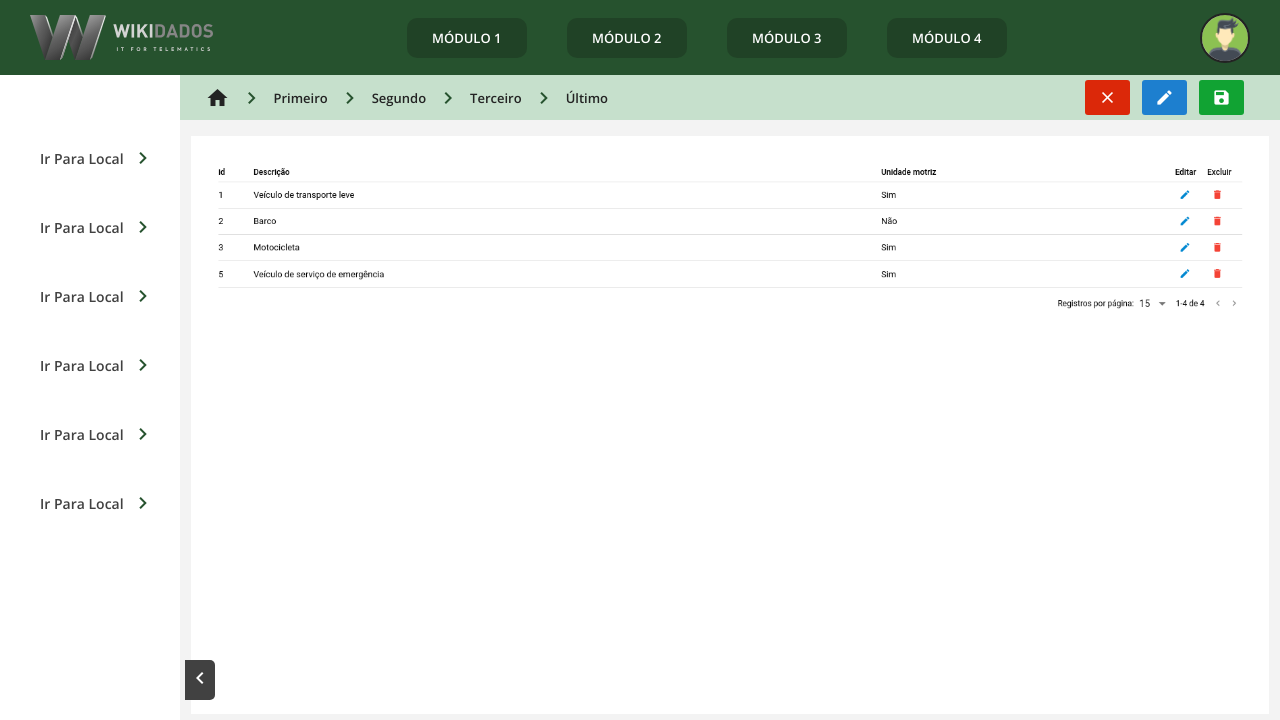
Repository: AlexDjon/alexdjon.github.io
Page: wiki-relayout/index.html
These files come from the project's save history. The page is drawn as it stood at one moment and after the next save; the edit follows.
The browser window is 1280 px wide. The pictures show the whole page.

Above is the page before, as saved 2020-08-12 17:09:30.

### wiki-relayout/index.html
<!DOCTYPE html>
<html lang="pt-br">

<head>
  <meta charset="UTF-8">
  <meta name="viewport" content="width=device-width, initial-scale=1.0">
  <title>Wiki - Relayout</title>

  <link rel="shotcut icon" href="https://wikidados.com.br/assets/wiki/img/logos/favicon.ico">
  <link href="https://fonts.googleapis.com/icon?family=Material+Icons" rel="stylesheet">
  <link href="https://fonts.googleapis.com/css2?family=Open+Sans:wght@400;600;700&display=swap" rel="stylesheet">
  <link rel="stylesheet" href="css/styles.css">
</head>

<body>
  <header class="cabecalho">
    <img src="img/logo.svg" alt="Logo Wiki" class="logo">

    <div class="modulos">
      <button>Módulo 1</button>
      <button>Módulo 2</button>
      <button>Módulo 3</button>
      <button>Módulo 4</button>
    </div>

    <button class="user">
    </button>
  </header>

  <aside class="areas">
    <ul>
      <li><i class="material-icons">donut_large</i> Editar perfil</li>
      <li><i class="material-icons">grade</i> Favoritos</li>
      <li><i class="material-icons">history</i> Histórico</li>
      <li><i class="material-icons">power_settings_new</i> Sair</li>
    </ul>
  </aside>

  <main class="conteudo">
    <nav class="navbar">
      <ul class="menu">
        <li>Ir para local <i class="material-icons">chevron_right</i></li>
        <li>Ir para local <i class="material-icons">chevron_right</i></li>
        <li>Ir para local <i class="material-icons">chevron_right</i></li>
        <li>Ir para local <i class="material-icons">chevron_right</i></li>
        <li>Ir para local <i class="material-icons">chevron_right</i></li>
        <li>Ir para local <i class="material-icons">chevron_right</i></li>
      </ul>

      <button class="close">
        <i class="material-icons">chevron_left</i>
      </button>
    </nav>

    <div class="meio">
      <div class="barra">
        <ul class="caminho">
          <li>
            <i class="material-icons">home</i>
          </li>
          <li id="separator">
            <i class="material-icons">chevron_right</i>
          </li>
          <li>
            Primeiro
          </li>
          <li id="separator">
            <i class="material-icons">chevron_right</i>
          </li>
          <li>
            Segundo
          </li>
          <li id="separator">
            <i class="material-icons">chevron_right</i>
          </li>
          <li>
            Terceiro
          </li>
          <li id="separator">
            <i class="material-icons">chevron_right</i>
          </li>
          <li>
            Último
          </li>
        </ul>

        <div class="list-buttons">
          <button>
            <i class="material-icons">close</i>
          </button>
          <button>
            <i class="material-icons">edit</i>
          </button>
          <button>
            <i class="material-icons">save</i>
          </button>
        </div>
      </div>

      <div class="viewer">
        <img src="img/tabela-exemplo.png" alt="Tabela">
      </div>
    </div>

  </main>

  <script src="js/scripts.js"></script>
</body>

</html>

### wiki-relayout/css/styles.css
* {
  padding: 0;
  margin: 0;
  font-weight: 100%;
  font-family: 'Open Sans', sans-serif;
  border: 0;
  outline: 0;
  box-sizing: border-box;
}

body {
  background: #f3f3f3;
}

:root {
  --verdeW: #26522e;
  --verdeW2: #204226;
  --verdeW-semi: #c6e0cc;
  --verde: #32a852;
  --black: #232323;
  --black2: #414141;
  --white: #ffffff;
  --grey: #3b3b3b;
  --shadow: -4px 4px 8px 0px rgba(10, 10, 10, 0.27);
  --cabecalhoY: 75px;
  --barrY: 45px;
}

/* CABECALHO */
.cabecalho {
  width: 100%;
  height: var(--cabecalhoY);
  background: var(--verdeW);
  padding: 10px 30px;
  display: flex;
  justify-content: space-between;
  align-items: center;
}

.cabecalho .logo {
  height: 45px;
  filter: saturate(0%);
}

.cabecalho .modulos {
  display: flex;
}
.cabecalho .modulos button {
  margin: 0 20px;
  width: 120px;
  height: 40px;
  border-radius: 10px;
  background-color: var(--verdeW2);
  color: var(--white);
  font-size: 13px;
  text-transform: uppercase;
  font-weight: 600;
  cursor: pointer;
  transition: filter 0.3s;
}
.cabecalho .modulos button:hover {
  filter: brightness(90%);
}
.cabecalho .user {
  height: 50px;
  width: 50px;
  border-radius: 50%;
  border: solid 2px var(--black);

  background-image: url(../img/avatar1.png);
  background-size: cover;
  background-position: center center;

  cursor: pointer;
}

/* AREAS */
.areas {
  display: none;
  min-width: 180px;
  position: absolute;
  top: var(--cabecalhoY);
  right: 0;
  background-color: var(--white);
  box-shadow: var(--shadow);
}
.areas.ativo {
  display: block;
}
.areas ul {
  list-style: none;
  padding: 10px 20px 10px 40px;
}
.areas ul li {
  margin: 17px 0;
  font-size: 15px;
  color: var(--black2);

  display: flex;
  justify-content: flex-start;
  align-items: center;
  transition: color 0.3s;
  cursor: pointer;
}
.areas ul li:hover {
  color: var(--black);
}
.areas ul li i {
  margin-right: 8px;
  font-size: 17px;
  color: var(--verdeW);
}


/* NAVBAR */
.navbar {
  width: 210px;
  height: calc(100vh - var(--cabecalhoY));
  background: var(--white);
  /* border-bottom: solid 20px var(--verdeW); */
}
.navbar.ativo {
  width: 0;
}
.navbar .menu {
  padding: 50px 0 50px 30px;
  display: flex;
  flex-direction: column;
  justify-content: flex-start;
  align-items: flex-start;
  list-style: none;
}
.navbar .menu li {
  margin: 14px 0;
  text-transform: capitalize;
  font-weight: 600;
  color: var(--black2);
  font-size: 14px;
  padding: 7px 3px 10px 10px;
  /* border-bottom: solid 1px var(--white);
  border-radius: 0 0 5px 0; */

  display: flex;
  justify-content: space-between;
  align-items: center;

  cursor: pointer;
}
.navbar .menu li i {
  margin-left: 7px;
  color: var(--black2);
}
.navbar .menu li i {
  color: var(--verdeW);
}
.navbar .close {
  position: absolute;
  bottom: 20px;
  width: 30px;
  border-radius: 0 5px 5px 0;
  height: 40px;
  background: var(--black2);
  left: 184.92px;
  margin: 0;
  cursor: pointer;
  transition: filter 0.3s;
}
.navbar .close:hover {
  filter: brightness(110%);
}
.navbar .close i {
  color: var(--white);
}


/* CONTEUDO */
.conteudo {
  width: 100%;
  height: calc(100vh - var(--cabecalhoY));

  display: flex;
}

.meio {
  width: 100%;
  display: flex;
  flex-direction: column;
}

.meio .barra {
  width: 100%;
  height: var(--barrY);
  padding: 0 20px;
  margin-bottom: 10px;
  background-color: var(--verdeW-semi);
  display: flex;
  justify-content: space-between;
  align-items: center;
}
/*
.meio .barra div#separator span i {
  margin: 0 5px;
  color: var(--verdeW);
} */
.meio .barra .caminho {
  height: var(--barrY);
  display: flex;
  align-items: center;
  list-style: none;
}
.meio .barra .caminho li {
  height: var(--barrY);
  margin: 0 5px;
  font-size: 13px;
  font-weight: 600;
  color: var(--black);
  display: flex;
  align-items: center;
}
.meio .barra .caminho li:not(#separator) {
  cursor: pointer;
}

.meio .barra .caminho li#separator {
  color: var(--verdeW);
}

.list-buttons {
  margin: 0 10px;
  display: flex;
}
.list-buttons button {
  height: 35px;
  width: 45px;
  margin: 0 6px 0 6px;
  border-radius: 3px;
  display: flex;
  justify-content: center;
  align-items: center;
  /* border: solid 1px var(--white); */
  background: var(--verdeW2);
  cursor: pointer;
}
.list-buttons button i {
  font-size: 19px;
  color: var(--white);
}
.list-buttons button:nth-child(1) {
  background: #db2809;
}
.list-buttons button:nth-child(2) {
  background: #1d7fcf;
}
.list-buttons button:nth-child(3) {
  background: #11a333;
}

/* VIEWER */
.viewer {
  width: 98%;
  margin: 6px 1%;
  padding: 20px;
  height: calc(100vh - calc(var(--cabecalhoY) + var(--barrY)) - 12px);
  background-color: var(--white);
  display: flex;
  justify-content: center;
  align-items: flex-start;
}

.viewer img {
  width: 100%;
}

### wiki-relayout/js/scripts.js
function getItem (info) {
  return document.querySelector(info)
}

getItem('.user').addEventListener('click', () => {
  getItem('.areas').classList.toggle('ativo')
})

getItem('.navbar .close').addEventListener('click', function () {

  getItem('.navbar').classList.toggle('ativo')

  const thisIcon = (context, value, action = 'get') => {
    if (action == 'get') {
      return context.firstElementChild
    }
    else if (action == 'change') {
      context.firstElementChild.textContent = value
    }
  }

  const icon = thisIcon(this).textContent

  if (icon === 'chevron_left') {
    this.style.left = '0px'
    thisIcon(this, 'chevron_right', 'change')
  }
  else {
    this.style.left = '184.92px'
    thisIcon(this, 'chevron_left', 'change')
  }
})

After the next save:
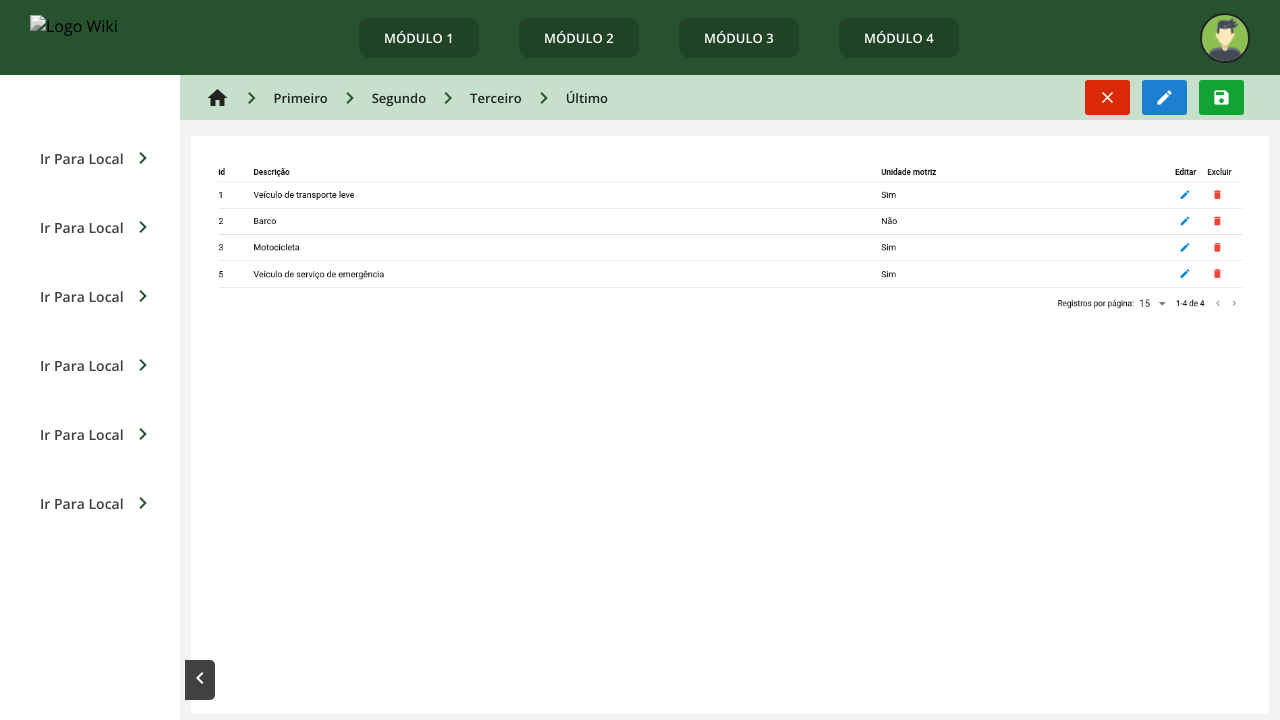
Not found: wiki-relayout/img/logo2.jpg
Saved 81 s later.
--- a/wiki-relayout/index.html
+++ b/wiki-relayout/index.html
@@ -14,7 +14,7 @@
 
 <body>
   <header class="cabecalho">
-    <img src="img/logo.svg" alt="Logo Wiki" class="logo">
+    <img src="img/logo2.jpg" alt="Logo Wiki" class="logo">
 
     <div class="modulos">
       <button>Módulo 1</button>

After the save that followed:
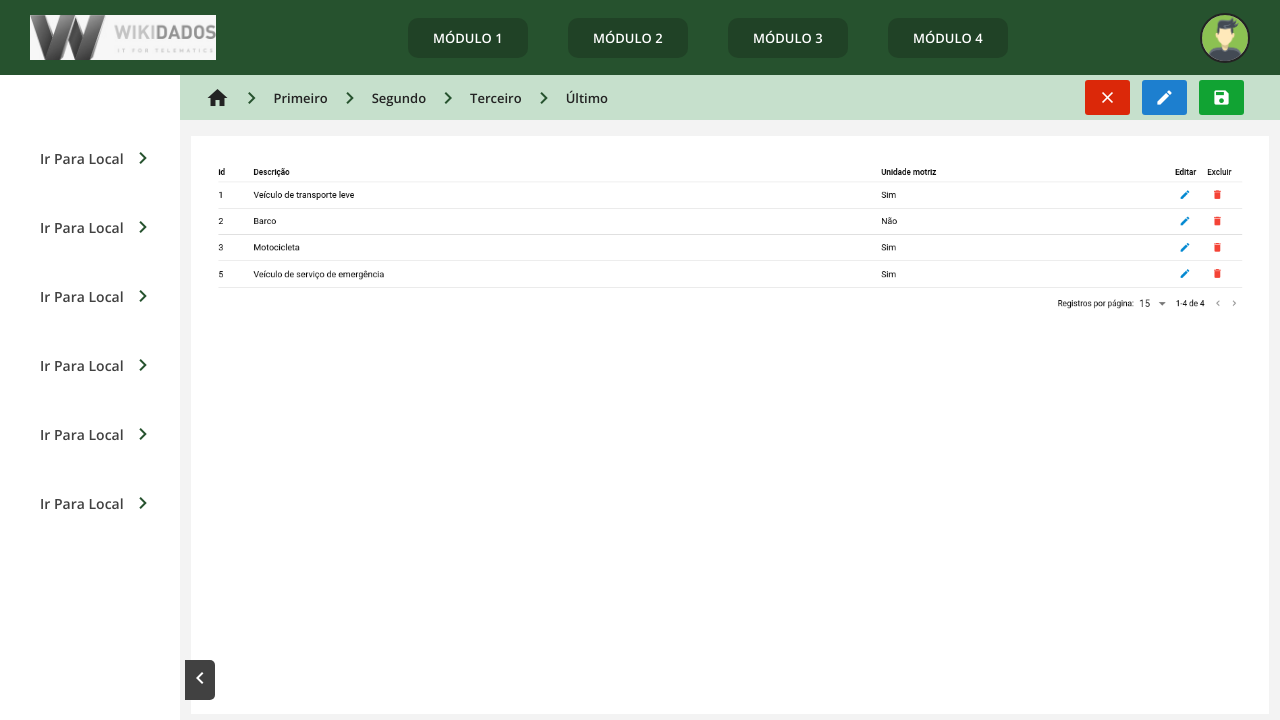
Saved 4 s later.
--- a/wiki-relayout/index.html
+++ b/wiki-relayout/index.html
@@ -14,7 +14,7 @@
 
 <body>
   <header class="cabecalho">
-    <img src="img/logo2.jpg" alt="Logo Wiki" class="logo">
+    <img src="img/logo2.jpeg" alt="Logo Wiki" class="logo">
 
     <div class="modulos">
       <button>Módulo 1</button>
